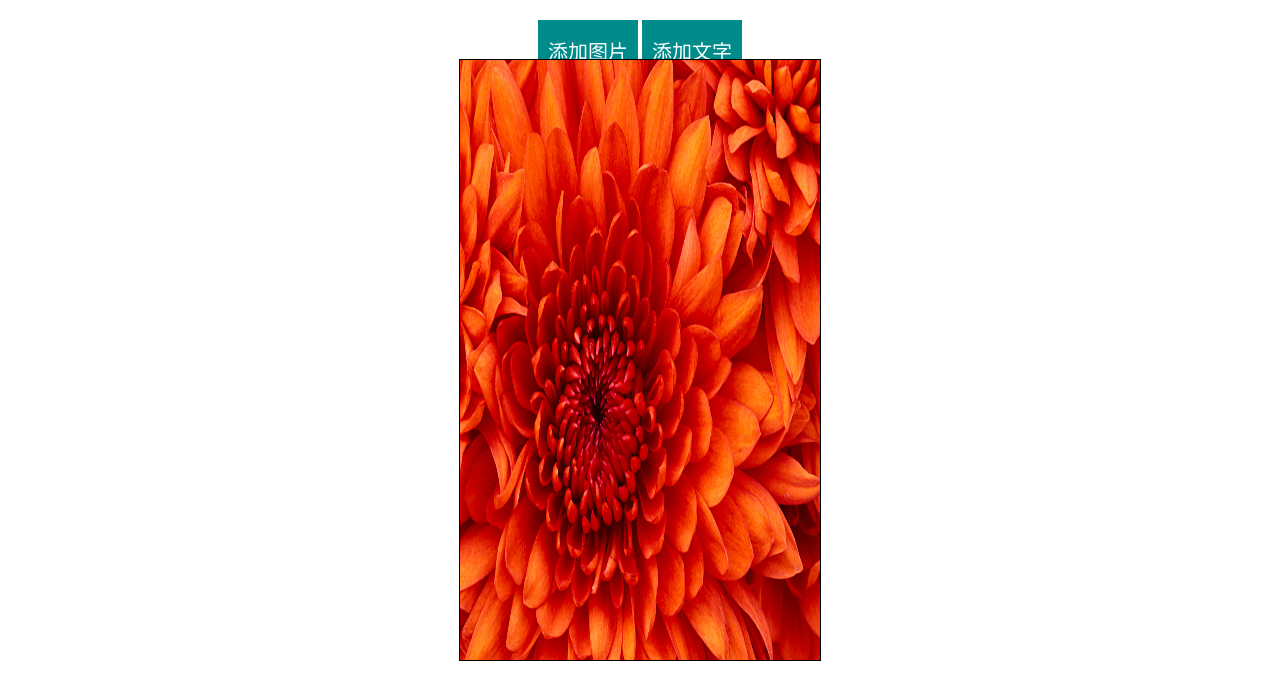
Repository: Xekin-FE/canvas-image-editor
Page: index.html
An editor plug-in stored every save of this project. The page is shown before and after the next save, followed by the edit.
The browser window is 1280 px wide. The pictures show the whole page.
After loading, the first visible `button` was clicked once.

Above is the page before, as saved 2018-12-14 15:56:17.

After the next save:
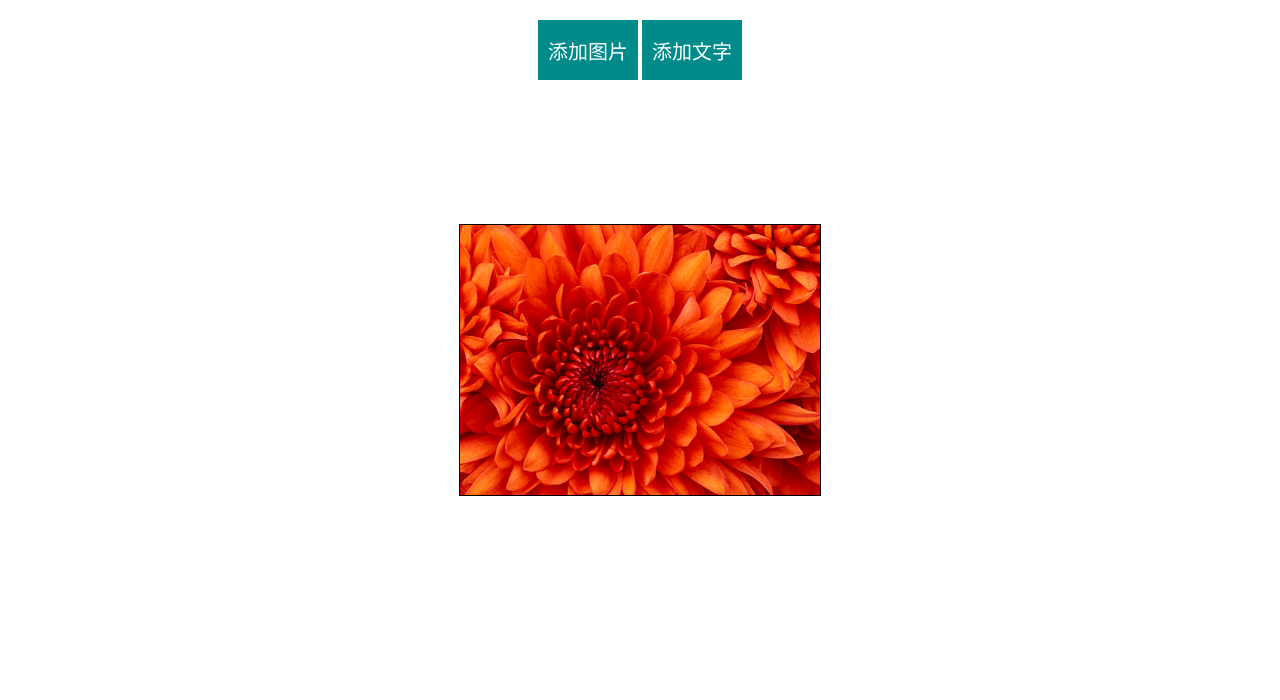
Saved 48 s later.
--- a/index.html
+++ b/index.html
@@ -26,8 +26,8 @@
             let maxWidth = 360;
             img.onload = () => {
                 let imgwidth = img.width / img.height > 1 ? maxWidth : maxHeight/img.height*img.width;
-                let imgheight = img.width / img.height > 1 ? maxHeight : maxWidth/img.width*img.height;
-                alert(imgwidth+ '' +imgheight)
+                let imgheight = img.width / img.height > 1 ? maxWidth/img.width*img.height : maxHeight;
+                alert(imgwidth+ ' ' +imgheight)
                 can.width = imgwidth;
                 can.height = imgheight;
                 ctx.drawImage(img, 0, 0, imgwidth, imgheight);
